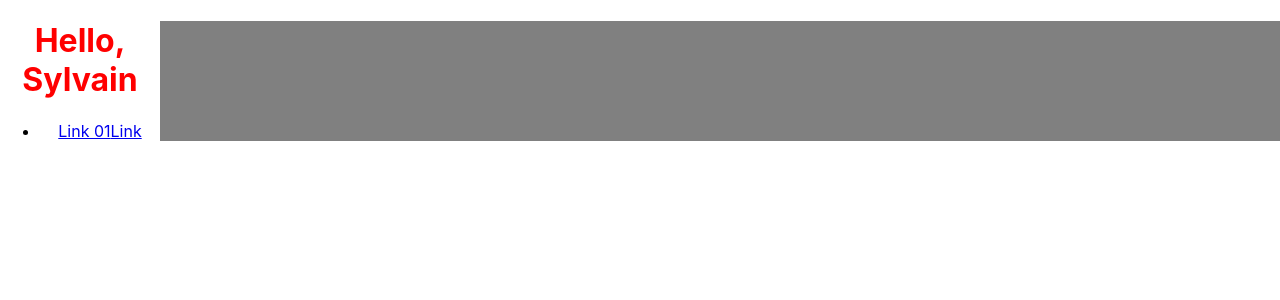
Repository: sylvainJacot/JS_Studio_2019
Page: /
The author's editor kept a copy of each file at every save. The page is drawn from the files as they stood at one save, then again after the next save.
The browser window is 1280 px wide. The pictures show the whole page.
The project was rebuilt for these pictures with package versions that can differ from the ones it lists, and the page was loaded fresh each time.

Above is the page before, as saved 2019-05-31 18:05:42.

### src/App.js
import React from "react";
import "./App.css";
import PropTypes from 'prop-types';
import Header from "./components/header";
import styled from 'styled-components';

const Body = styled.div`
background-color: grey;
margin: 0;
padding: 0;
`;

function App() {
  return (
    <div className="App">
      <Body>
<Header name="Sylvain"/>
</Body></div>
  );
}

App.propTypes = {
  name: PropTypes.string
}

export default App;

### src/components/header.js
import React from "react";
import PropTypes from 'prop-types';
import styled from 'styled-components';
import {color} from './colors';

// Stylesheet

const HeaderContainer = styled.div`
background-color: ${color.white};
width: 160px;
height: 100%;
`;

const Title = styled.h1`
color: red;
`;

const MenuContainer = styled.ul``;
const MenuItem = styled.li``;
const MenuLink = styled.a``;

//Mapping /Looping (un loop en javascript)

const tiles = [
  {href:"/", title:"First", LinkName:"Link 01"},
];

class Header extends React.Component {
    render() {
      return (
        <HeaderContainer>
        <Title>Hello, {this.props.name}</Title>
        <MenuContainer>
          <MenuItem>
            { tiles.map((tile, index) => (
            <MenuLink key={`tile-${index}`} href={tile.href} title={tile.title}>{tile.LinkName}Link</MenuLink> ))}
          </MenuItem>
          </MenuContainer>
        </HeaderContainer>
      );
    }
  }

Header.propTypes = {
    name: PropTypes.string
  };

  Header.defaultProps = {
    name: 'Stranger'
  };

  export default Header;

### src/components/colors.js
export const color = {
white:"White",
blue:"#000000",
};

Loaded but not shown: public/index.html (common file); src/index.js (common file); src/index.css (common file); src/serviceWorker.js (common file); src/App.css (common file)

After the next save:
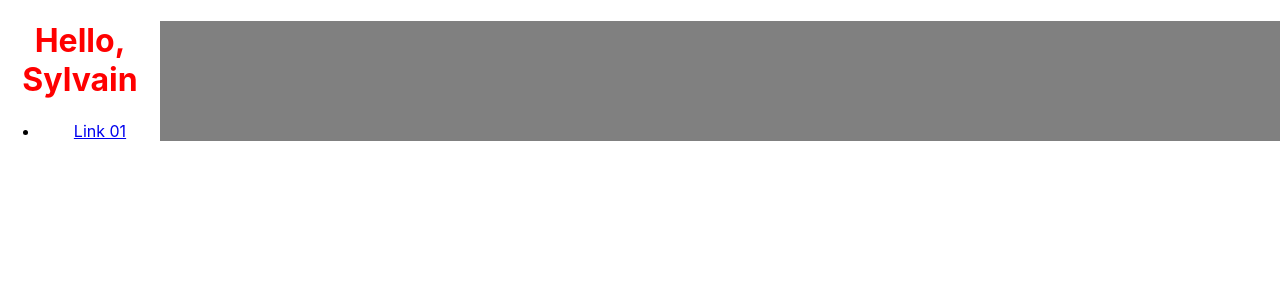
Saved 8 s later.
--- a/src/components/header.js
+++ b/src/components/header.js
@@ -33,7 +33,7 @@
         <MenuContainer>
           <MenuItem>
             { tiles.map((tile, index) => (
-            <MenuLink key={`tile-${index}`} href={tile.href} title={tile.title}>{tile.LinkName}Link</MenuLink> ))}
+            <MenuLink key={`tile-${index}`} href={tile.href} title={tile.title}>{tile.LinkName}</MenuLink> ))}
           </MenuItem>
           </MenuContainer>
         </HeaderContainer>
